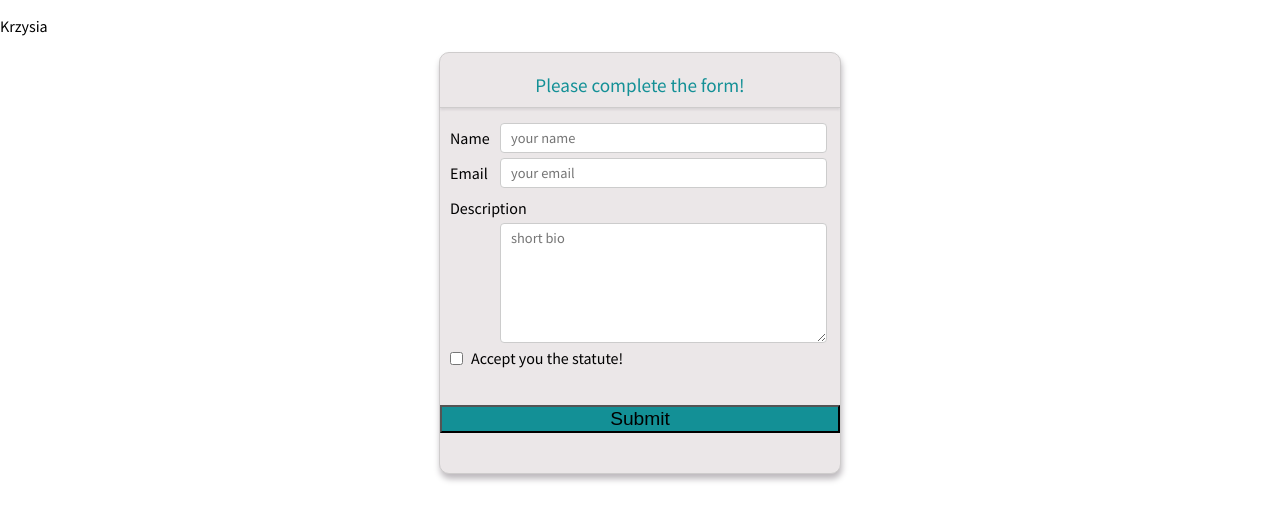
Repository: KrzysKolo/sr_tydzien4_zad2
Page: /
The author's editor kept a copy of each file at every save. The page is drawn from the files as they stood at one save, then again after the next save.
The browser window is 1280 px wide. The pictures show the whole page.
The project was rebuilt for these pictures with package versions that can differ from the ones it lists, and the page was loaded fresh each time. Also part of the build but not shown: src/components/formComponents/ErrorMessage.js, src/components/formComponents/Message.js.

Above is the page before, as saved 2020-11-27 22:13:55.

After the next save:
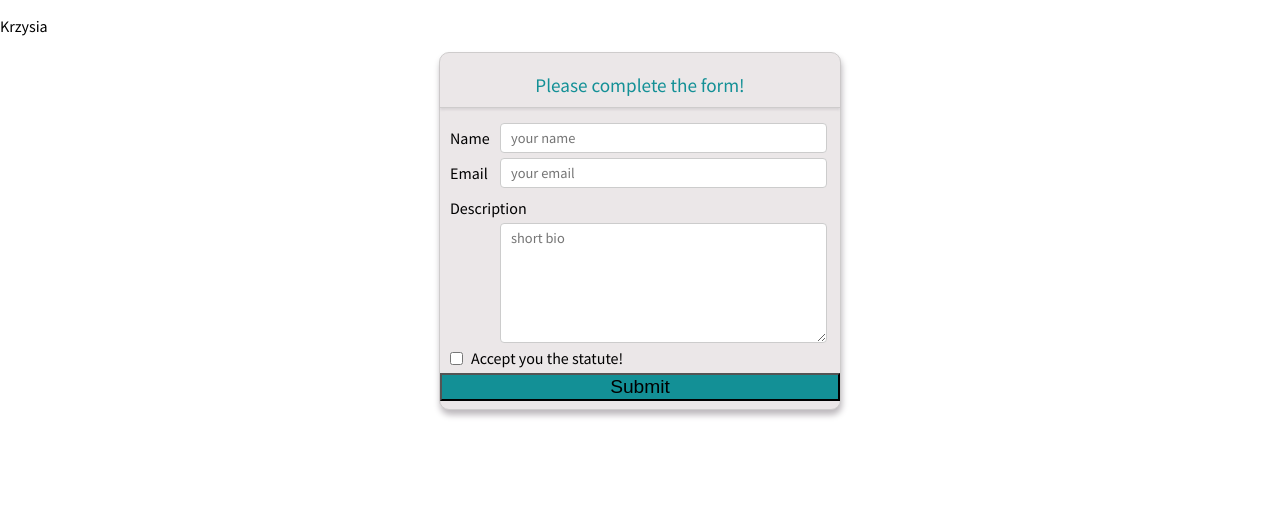
Saved 16 s later.
--- a/src/components/formComponents/Button.js
+++ b/src/components/formComponents/Button.js
@@ -2,7 +2,7 @@ import React from 'react'
 import styled from 'styled-components';
 
 const BtnSubmit = styled.button`
-margin: 10% auto;
+margin: 2% auto;
  width: 100%;
  background: rgb(19, 144, 150);
  font-size: 1.2rem;
